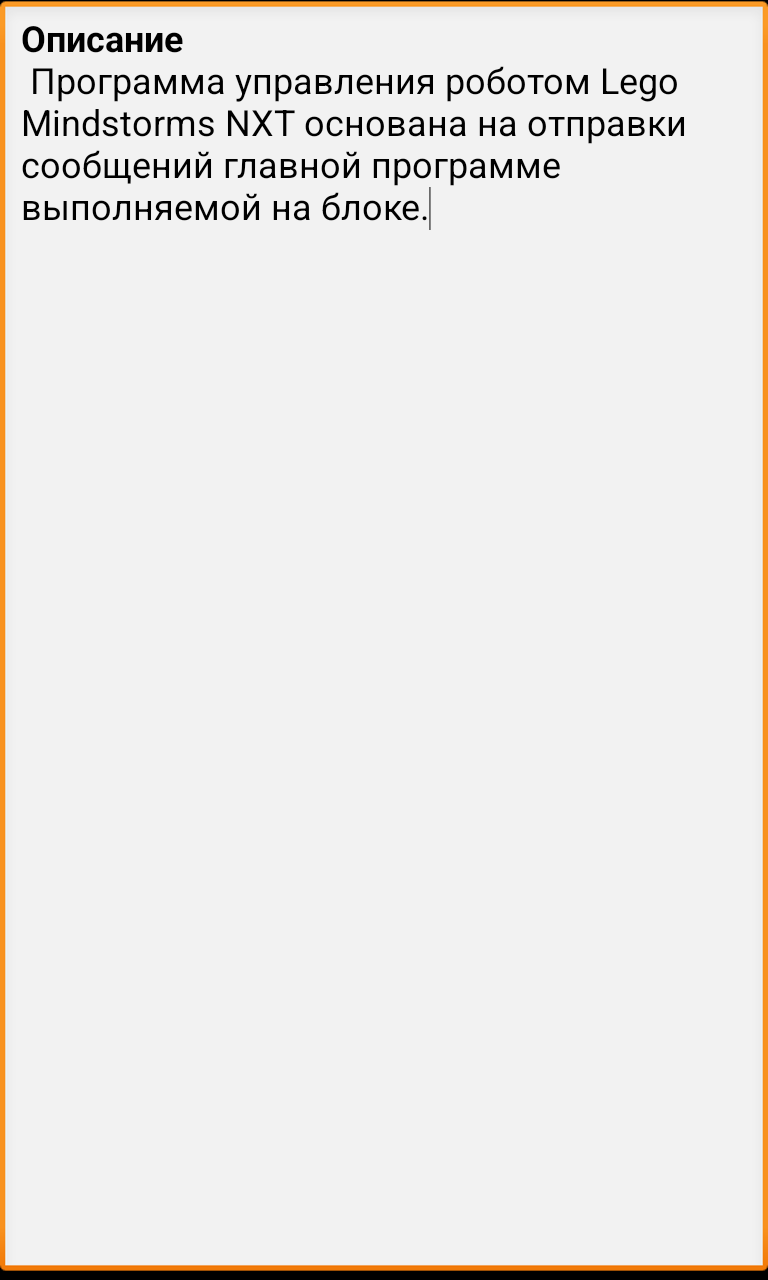
Repository: ssbayanov/panhandlerNXT
Layout: poproshaika/res/layout/help.xml
The author's editor kept a copy of each file at every save. The layout is drawn from the files as they stood at one save, then again after a run of saves.
It is drawn on a 768 x 1280 px phone screen (xhdpi) without system bars, with theme android:Theme; the app's code is not run.

Above is the layout before, as saved 2012-11-06 06:56:28.

After the next 2 saves:
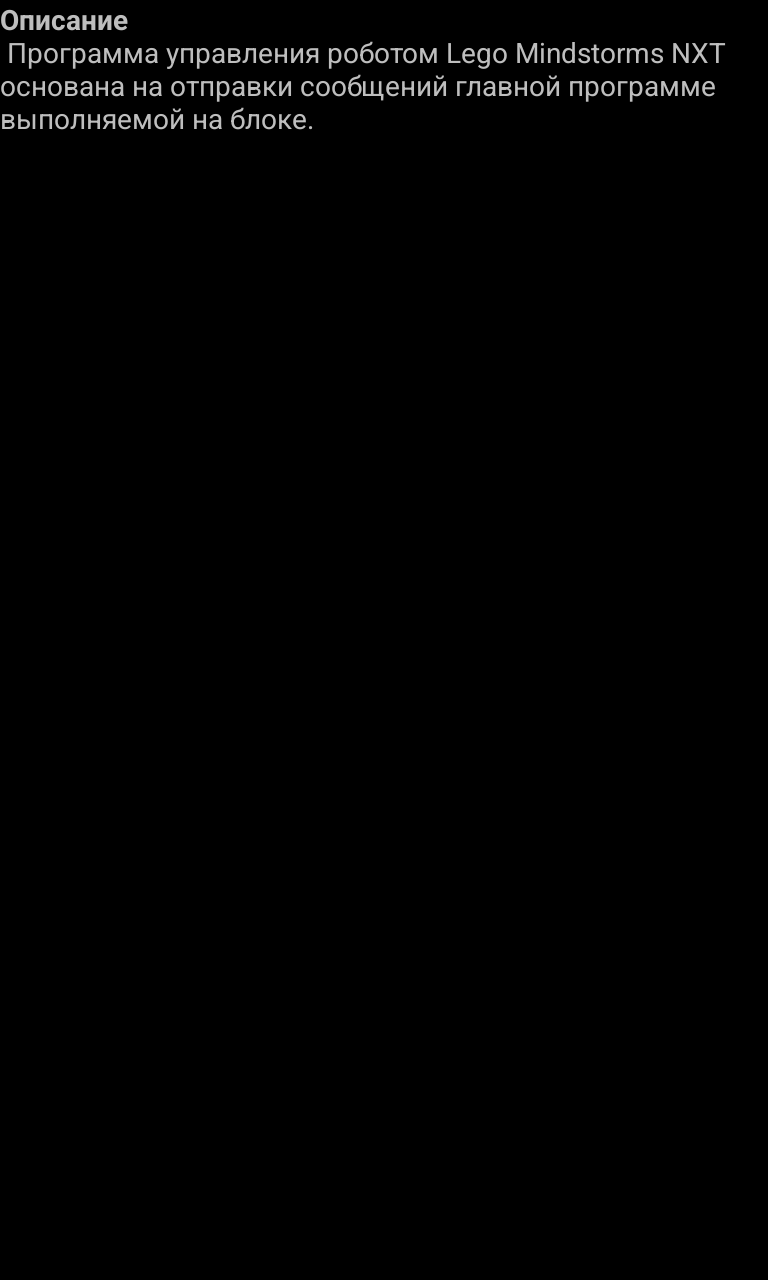
The 2 saves are shown as one change because 1 did not build or start.
The last was saved 107 s later.
--- a/poproshaika/res/layout/help.xml
+++ b/poproshaika/res/layout/help.xml
@@ -4,16 +4,15 @@
     android:layout_height="fill_parent"
     android:orientation="vertical" >
 
-    <EditText
+    <TextView
         android:id="@+id/help_content"
     	android:layout_width="fill_parent"
     	android:layout_height="fill_parent"
     	android:text="@string/help_content"
-        android:inputType="textMultiLine"
         android:gravity="top"
         >
 
         <requestFocus />
-    </EditText>
+    </TextView>
 
 </LinearLayout>
